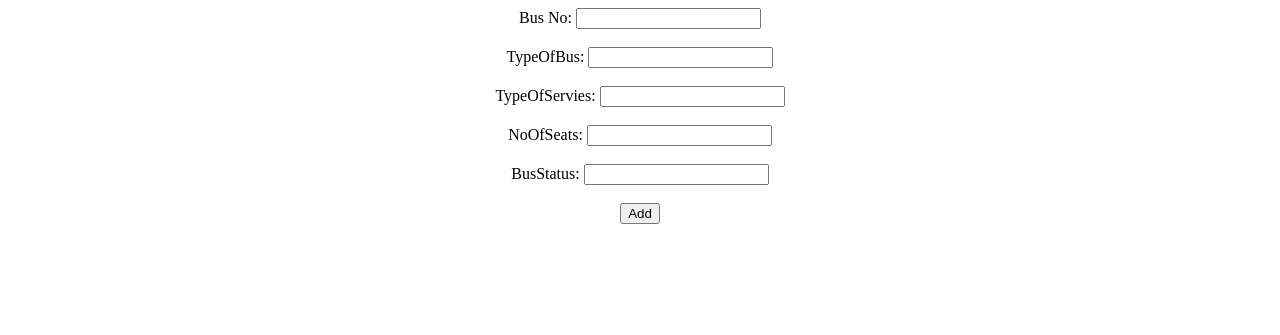
Repository: gummabhargavi/DynWebEjBPoject-AND-server
Page: DynWebEjbBusProject/WebContent/AddBus.html
These files come from the project's save history. The page is drawn as it stood at one moment and after the next save; the edit follows.
The browser window is 1280 px wide. The pictures show the whole page.

Above is the page before, as saved 2022-12-07 12:19:56.

After the next save:
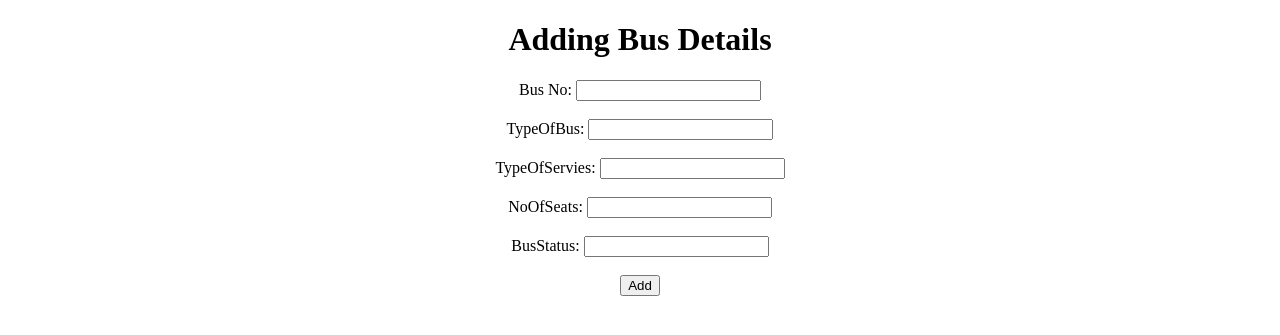
Saved 34 s later.
--- a/DynWebEjbBusProject/WebContent/AddBus.html
+++ b/DynWebEjbBusProject/WebContent/AddBus.html
@@ -7,6 +7,7 @@
 <body>
        <form action="AddBusServlet">
        <center>
+       <h1>Adding Bus Details</h1>
          Bus No:
            <input type="text" name="bus_no"><br/><br/>
          TypeOfBus:
